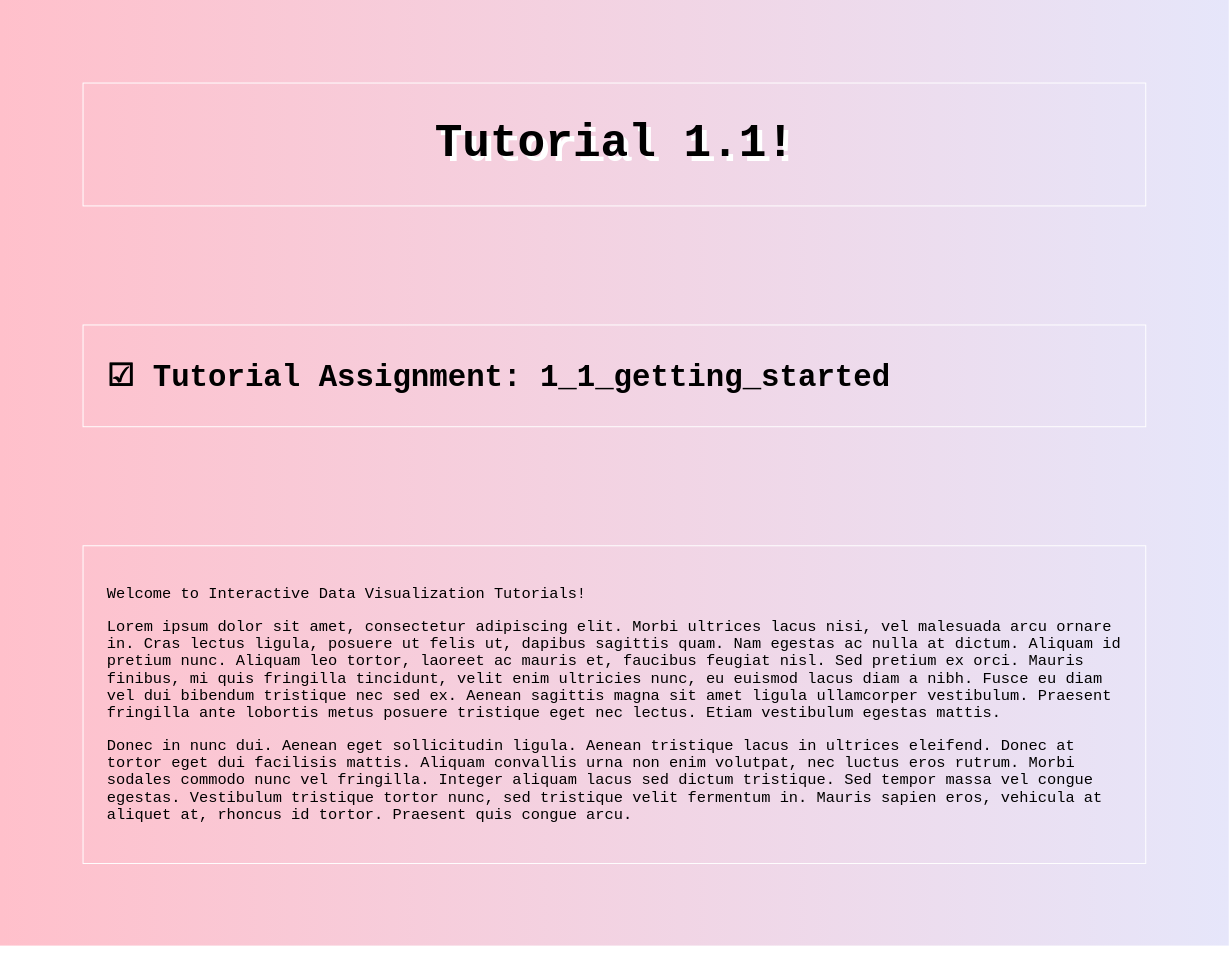
Repository: lisjak/Interactive-Data-Vis-Fall2022
Page: 1_1_getting_started/index.html
An editor plug-in stored every save of this project. The page is shown before and after the next save, followed by the edit.
The browser window is 1280 px wide. The pictures show the whole page, at 96% of full size.
Some web fonts or font styles are not loaded; a fallback is used.

Above is the page before, as saved 2022-09-04 21:58:45.

### 1_1_getting_started/index.html
<!DOCTYPE html>

<head>
    <meta charset="utf-8">

    <title>Interactive Data Visualization Tutorial</title>

    <link rel="stylesheet" href="https://fonts.googleapis.com/css?family=Source+Sans+Pro">

    <link href="https://fonts.googleapis.com/css2?family=Azeret+Mono&display=swap" rel="stylesheet">

    <link rel="stylesheet" href="./style.css">
</head>

<body>
    <div>
        <h1>
            Tutorial 1.1!
        </h1>
    </div>
    <div>
        <h3>
            &#9745; Tutorial Assignment: 1_1_getting_started
        </h3>
    </div>
    <div>
        <p>
            Welcome to Interactive Data Visualization Tutorials!
        </p>

        <p>
            Lorem ipsum dolor sit amet, consectetur adipiscing elit. Morbi ultrices lacus nisi, vel malesuada arcu ornare in. Cras lectus ligula, posuere ut felis ut, dapibus sagittis quam. Nam egestas ac nulla at dictum. Aliquam id pretium nunc. Aliquam leo tortor,
            laoreet ac mauris et, faucibus feugiat nisl. Sed pretium ex orci. Mauris finibus, mi quis fringilla tincidunt, velit enim ultricies nunc, eu euismod lacus diam a nibh. Fusce eu diam vel dui bibendum tristique nec sed ex. Aenean sagittis magna
            sit amet ligula ullamcorper vestibulum. Praesent fringilla ante lobortis metus posuere tristique eget nec lectus. Etiam vestibulum egestas mattis.
        </p>

        <p>
            Donec in nunc dui. Aenean eget sollicitudin ligula. Aenean tristique lacus in ultrices eleifend. Donec at tortor eget dui facilisis mattis. Aliquam convallis urna non enim volutpat, nec luctus eros rutrum. Morbi sodales commodo nunc vel fringilla. Integer
            aliquam lacus sed dictum tristique. Sed tempor massa vel congue egestas. Vestibulum tristique tortor nunc, sed tristique velit fermentum in. Mauris sapien eros, vehicula at aliquet at, rhoncus id tortor. Praesent quis congue arcu.
        </p>
    </div>
</body>

</html>

### 1_1_getting_started/style.css
body {
    background-image: linear-gradient(to right, pink, lavender);
    font-family: 'Azeret Mono', monospace;
    font-size: 16px;
    padding: 1em;
    display: flex;
    flex-direction: column;
}

div {
    /* min-width: 100%; */
    align-items: center;
    justify-content: center;
    border: 1px solid white;
    padding: 2%;
    margin: 5%;
}

h1 {
    font-size: 3em;
    margin: 0.25em 0;
    text-shadow: 5px 5px 0px white;
    text-align: center;
}

h3 {
    font-size: 2em;
    margin: 0.25em 0;
}

p {
    font-size: 1em;
    color: black;
}

After the next save:
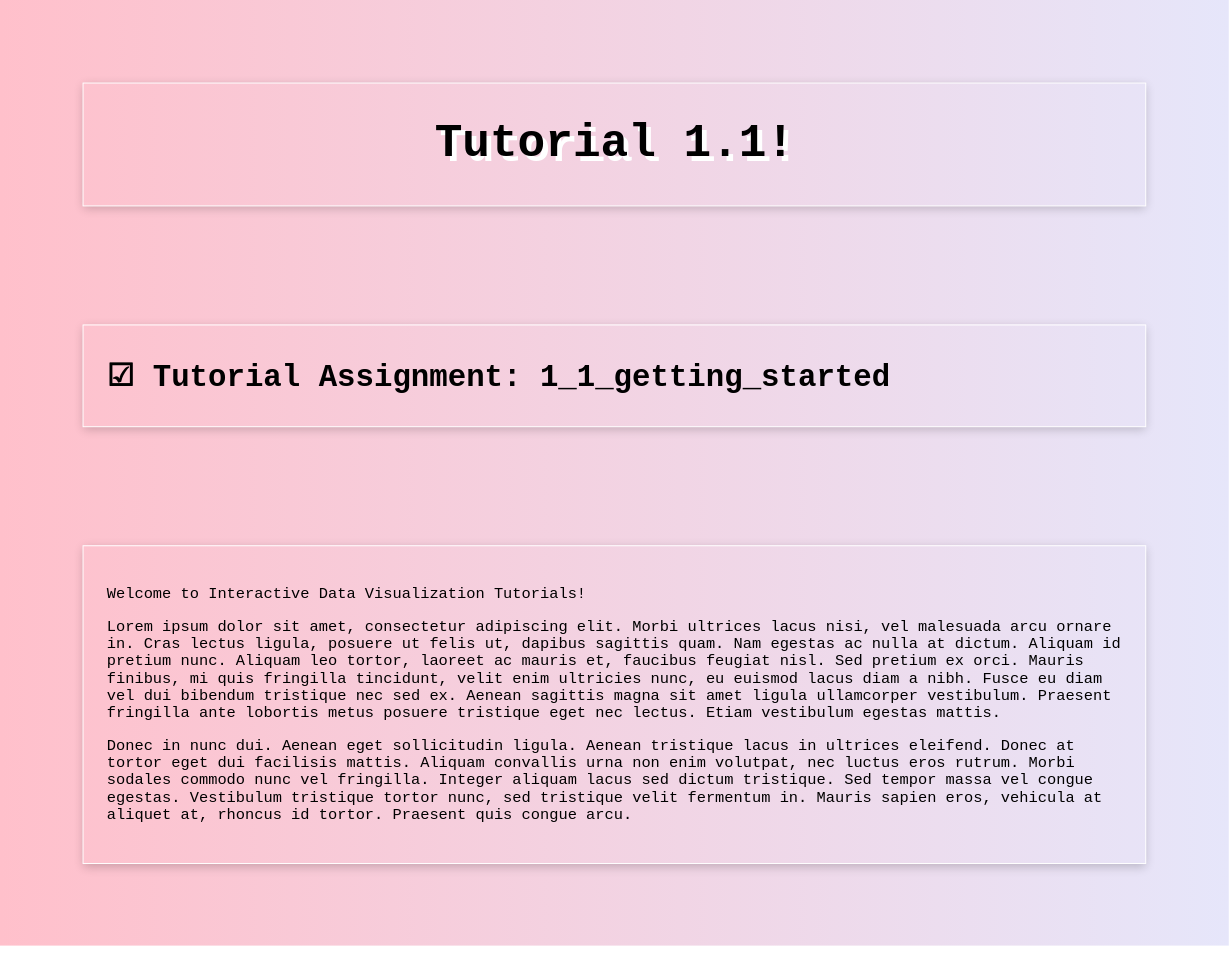
Saved 55 s later.
--- a/1_1_getting_started/style.css
+++ b/1_1_getting_started/style.css
@@ -14,6 +14,7 @@ div {
     border: 1px solid white;
     padding: 2%;
     margin: 5%;
+    box-shadow: 0 3px 10px rgb(0 0 0 / 0.2);
 }
 
 h1 {
